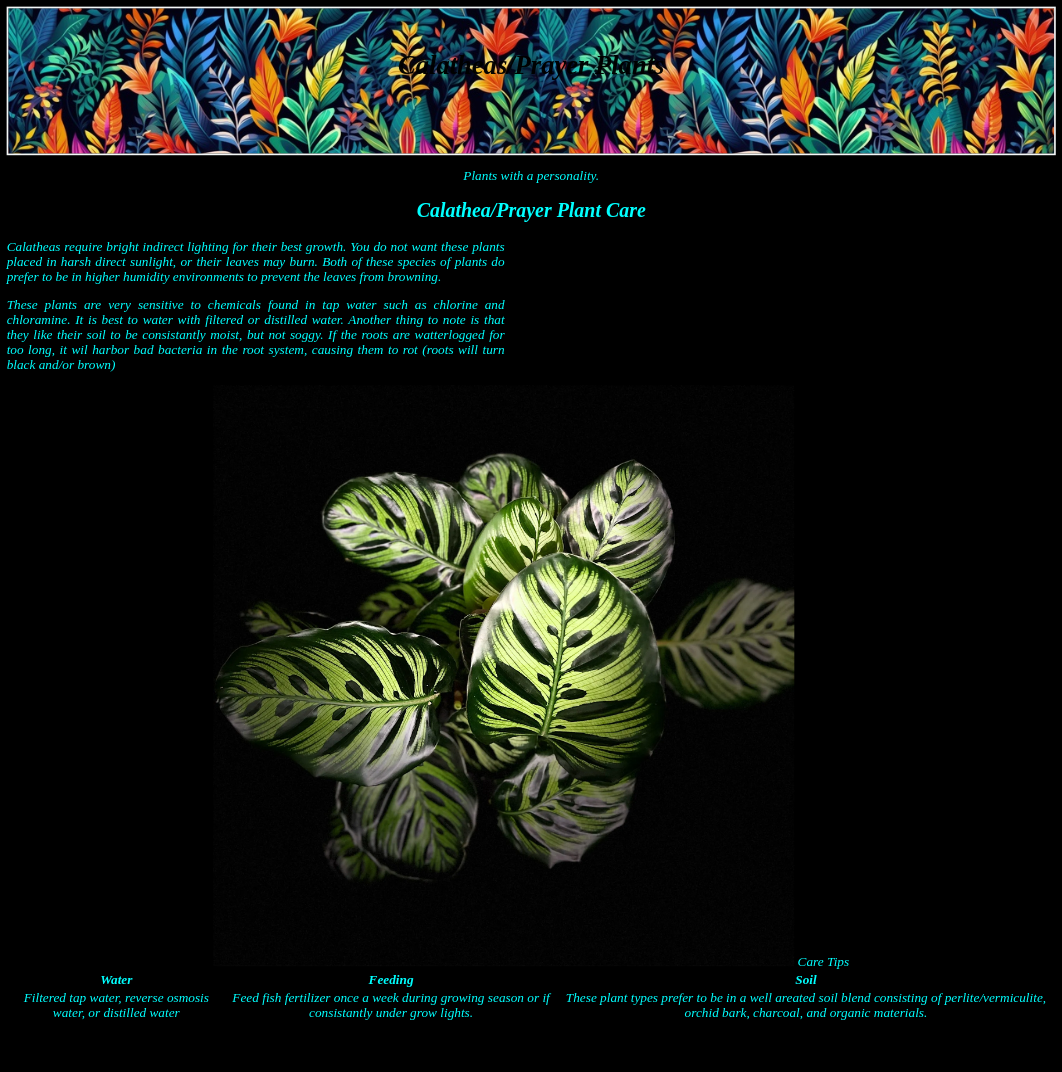
Repository: swillis91/odin-recipies
Page: Planty Page/calatheas.html
These files come from the project's save history. The page is drawn as it stood at one moment and after the next save; the edit follows.
The browser window is 1280 px wide. The pictures show the whole page, at 83% of full size.

Above is the page before, as saved 2023-08-10 00:22:26.

### Planty Page/calatheas.html
<!DOCTYPE html>
    <html>
        <head>
            <title>Calatheas</title>
            <link href="style.css" rel="stylesheet"
        </head>
        <body>
            <h1 class="heading">Calatheas/Prayer Plants</h1>
              <p>Plants with a personality.</p>
            <h2>Calathea/Prayer Plant Care</h2>
              <p class="care">Calatheas require bright indirect lighting for their best growth. You do not want these plants placed in harsh direct sunlight, or their leaves may burn. Both of these species of plants do prefer to be in higher humidity environments to prevent the leaves from browning.</p>
              <p class="care">These plants are very sensitive to chemicals found in tap water such as chlorine and chloramine. It is best to water with filtered or distilled water. Another thing to note is that they like their soil to be consistantly moist, but <em>not</em> soggy. If the roots are watterlogged for too long, it wil harbor bad bacteria in the root system, causing them to rot (roots will turn black  and/or brown)</p>
                <img src="./Images/makoyana.webp" id="calathea makoyana" width="700px">
            <thead>Care Tips</thead>
            <table>
                <tr>
                    <th>Water</th>
                    <th>Feeding</th>
                    <th>Soil</th>
                </tr>
                <tr>
                    <td>Filtered tap water, reverse osmosis water, or distilled water</td>
                    <td>Feed fish fertilizer once a week during growing season or if consistantly under grow lights.</td>
                    <td>These plant types prefer to be in a well areated soil blend consisting of perlite/vermiculite, orchid bark, charcoal, and organic materials.</td>
                </tr>
            </table>
            <table>
                <table
            </table>
        </body>
    </html>

### Planty Page/style.css
body{
    background-color: black;
    color:aqua;
    text-align: center;
    font-family:cursive;
    font-style: oblique;
}

.heading{
    color: rgba(0, 0, 0, 0.974);
    border: 2px solid rgb(244, 247, 247);
    background-image: url('Images/banner.jpg');
    height: 75px;
    margin: 0 auto;
    padding:50px 20px;

}

.care{
    text-align: justify;
    width: 600px;

}

#calathea-makoyana{
    width: 500px;
    Height: auto:
}

table{

}

After the next save:
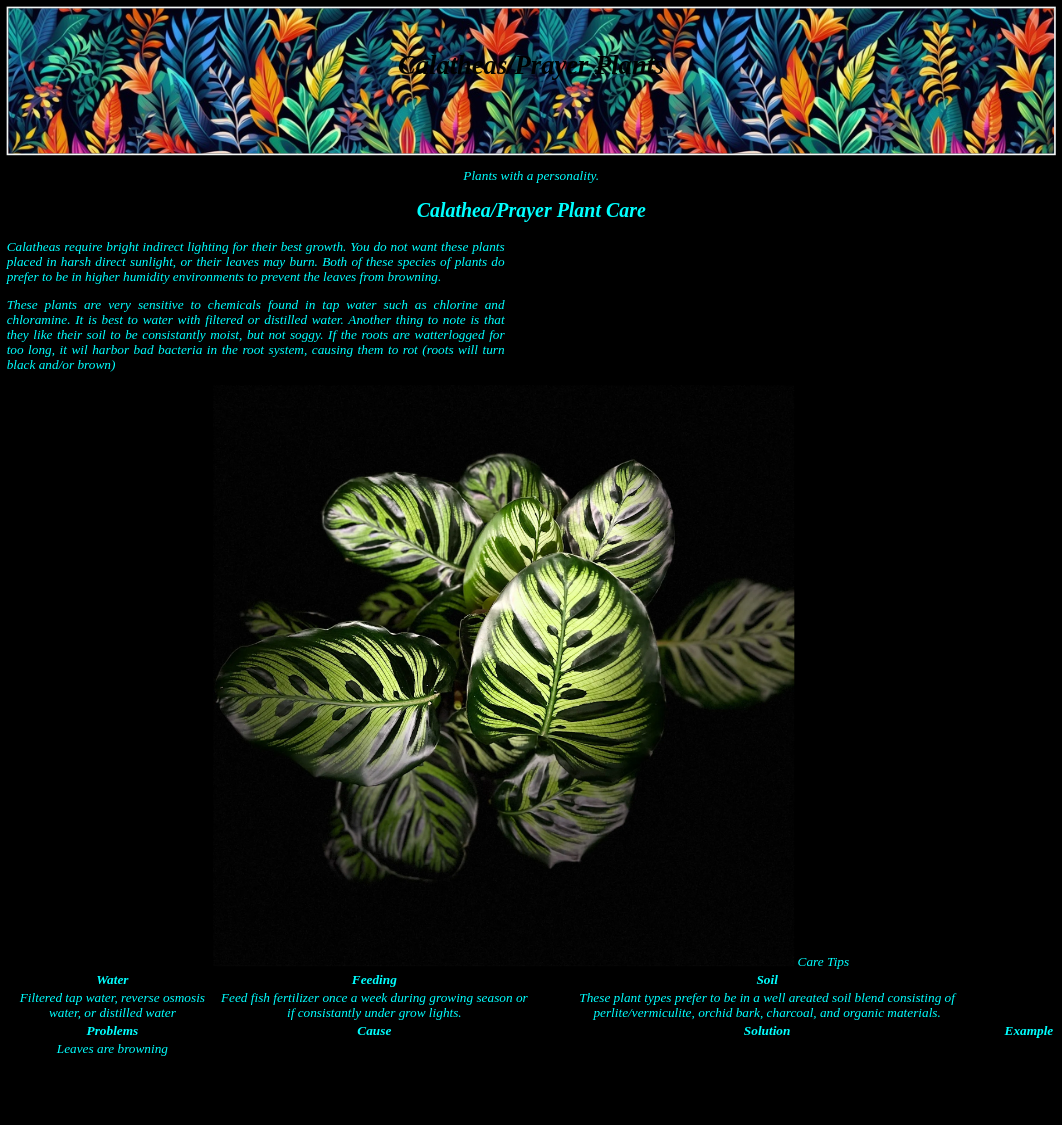
Saved 113 s later.
--- a/Planty Page/calatheas.html
+++ b/Planty Page/calatheas.html
@@ -23,9 +23,15 @@
                     <td>Feed fish fertilizer once a week during growing season or if consistantly under grow lights.</td>
                     <td>These plant types prefer to be in a well areated soil blend consisting of perlite/vermiculite, orchid bark, charcoal, and organic materials.</td>
                 </tr>
-            </table>
-            <table>
-                <table
+                <tr>
+                    <th>Problems</th>
+                    <th>Cause</th>
+                    <th>Solution</th>
+                    <th>Example</th>
+                </tr>
+                <tr>
+                    <td>Leaves are browning</td>
+                </tr>
             </table>
         </body>
     </html>
